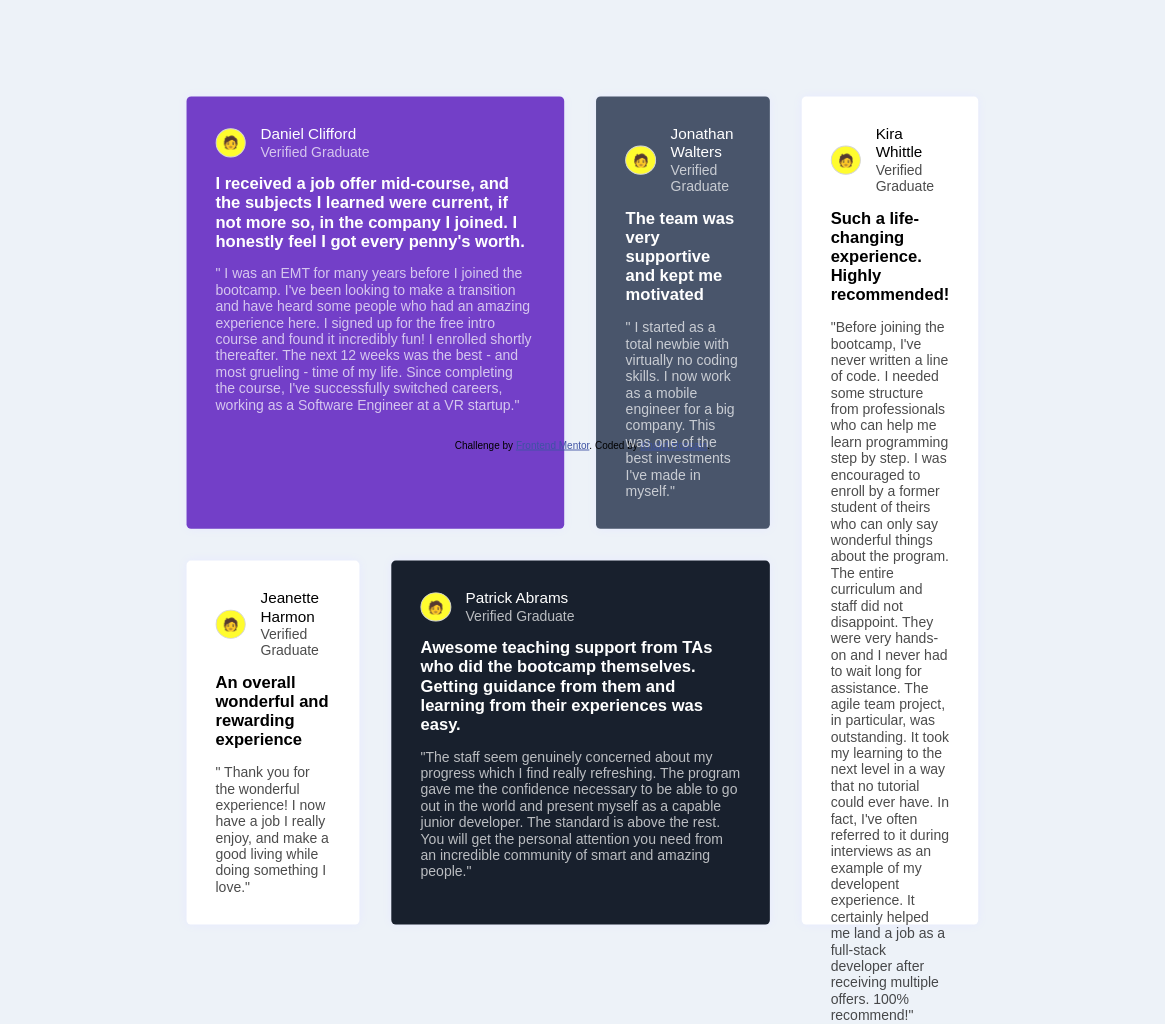
Repository: badhon252/Testimonials-Grid-Section
Page: index.html
The author's editor kept a copy of each file at every save. The page is drawn from the files as they stood at one save, then again after the next save.
The browser window is 1280 px wide. The pictures show the whole page, at 91% of full size.

Above is the page before, as saved 2023-02-18 23:39:36.

After the next save:
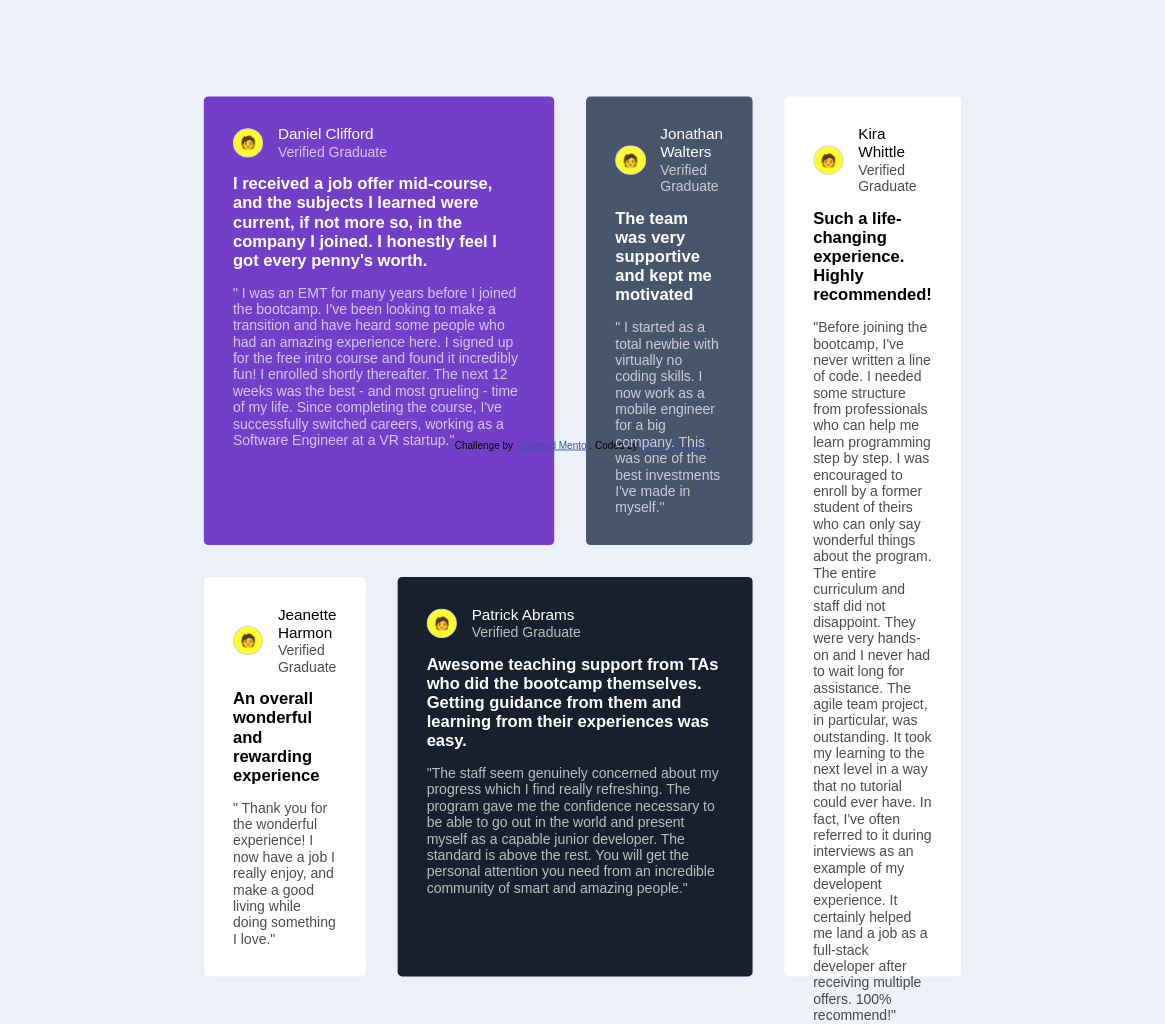
Saved 4 s later.
--- a/css/style.css
+++ b/css/style.css
@@ -39,7 +39,7 @@ p {
     grid-gap: 2.5em;
     align-items: stretch;
     /* margin: 10vw; */
-    max-width: 68vw;
+    max-width: 65vw;
     max-height: 40vh;
     justify-items: center;
     margin: 7vw auto;
